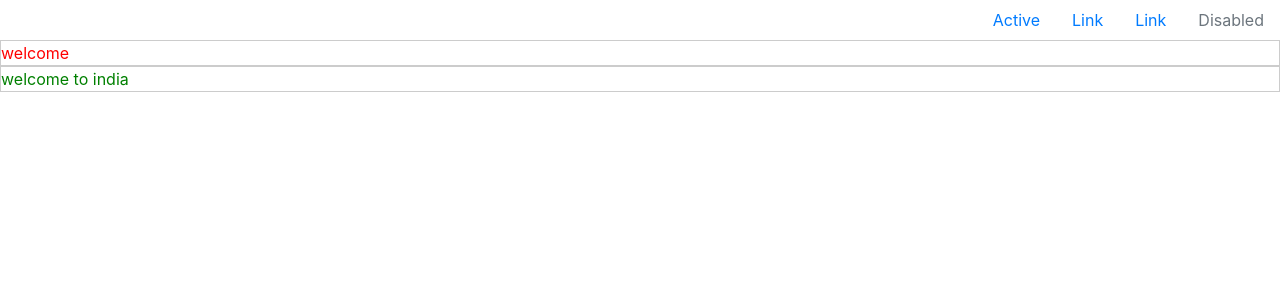
Repository: Green-Technologies-Angular/HTML
Page: index.html
An editor plug-in stored every save of this project. The page is shown before and after the next save, followed by the edit.
The browser window is 1280 px wide. The pictures show the whole page.
Some web libraries are served in a nearby version.

Above is the page before, as saved 2019-01-30 09:45:31.

### index.html
<!DOCTYPE html>
<html>

<head>
    <title>Title of the document</title>
    <link rel="stylesheet" href="https://stackpath.bootstrapcdn.com/bootstrap/4.2.1/css/bootstrap.min.css" integrity="sha384-GJzZqFGwb1QTTN6wy59ffF1BuGJpLSa9DkKMp0DgiMDm4iYMj70gZWKYbI706tWS"
        crossorigin="anonymous">
    <style>
        .name{
            color:red;
            border: 1px solid #ccc;
        }
        .name.clr{
            color: green;
            border: 1px solid #ccc;
        }
    </style>
</head>

<body>
    <ul class="nav justify-content-end">
        <li class="nav-item">
            <a class="nav-link active" href="#">Active</a>
        </li>
        <li class="nav-item">
            <a class="nav-link" href="#">Link</a>
        </li>
        <li class="nav-item">
            <a class="nav-link" href="#">Link</a>
        </li>
        <li class="nav-item">
            <a class="nav-link disabled" href="#" tabindex="-1" aria-disabled="true">Disabled</a>
        </li>
    </ul>
    <div class="name" >
        welcome
    </div>
    <div class="name clr">
        welcome to india
    </div>
    <script src="https://code.jquery.com/jquery-3.3.1.slim.min.js" integrity="sha384-q8i/X+965DzO0rT7abK41JStQIAqVgRVzpbzo5smXKp4YfRvH+8abtTE1Pi6jizo"
        crossorigin="anonymous"></script>
    <script src="https://cdnjs.cloudflare.com/ajax/libs/popper.js/1.14.6/umd/popper.min.js" integrity="sha384-wHAiFfRlMFy6i5SRaxvfOCifBUQy1xHdJ/yoi7FRNXMRBu5WHdZYu1hA6ZOblgut"
        crossorigin="anonymous"></script>
    <script src="https://stackpath.bootstrapcdn.com/bootstrap/4.2.1/js/bootstrap.min.js" integrity="sha384-B0UglyR+jN6CkvvICOB2joaf5I4l3gm9GU6Hc1og6Ls7i6U/mkkaduKaBhlAXv9k"
        crossorigin="anonymous"></script>
</body>

</html>

After the next save:
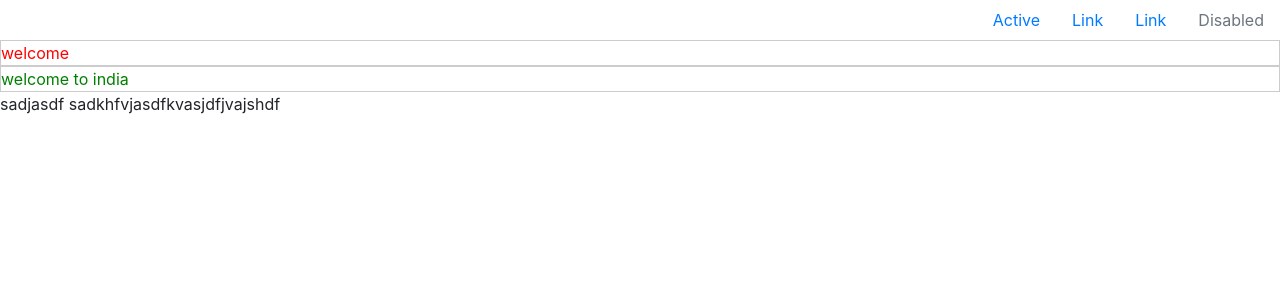
Saved 54 s later.
--- a/index.html
+++ b/index.html
@@ -38,6 +38,8 @@
     <div class="name clr">
         welcome to india
     </div>
+    <span>sadjasdf</span>
+    <span>sadkhfvjasdfkvasjdfjvajshdf</span>
     <script src="https://code.jquery.com/jquery-3.3.1.slim.min.js" integrity="sha384-q8i/X+965DzO0rT7abK41JStQIAqVgRVzpbzo5smXKp4YfRvH+8abtTE1Pi6jizo"
         crossorigin="anonymous"></script>
     <script src="https://cdnjs.cloudflare.com/ajax/libs/popper.js/1.14.6/umd/popper.min.js" integrity="sha384-wHAiFfRlMFy6i5SRaxvfOCifBUQy1xHdJ/yoi7FRNXMRBu5WHdZYu1hA6ZOblgut"
